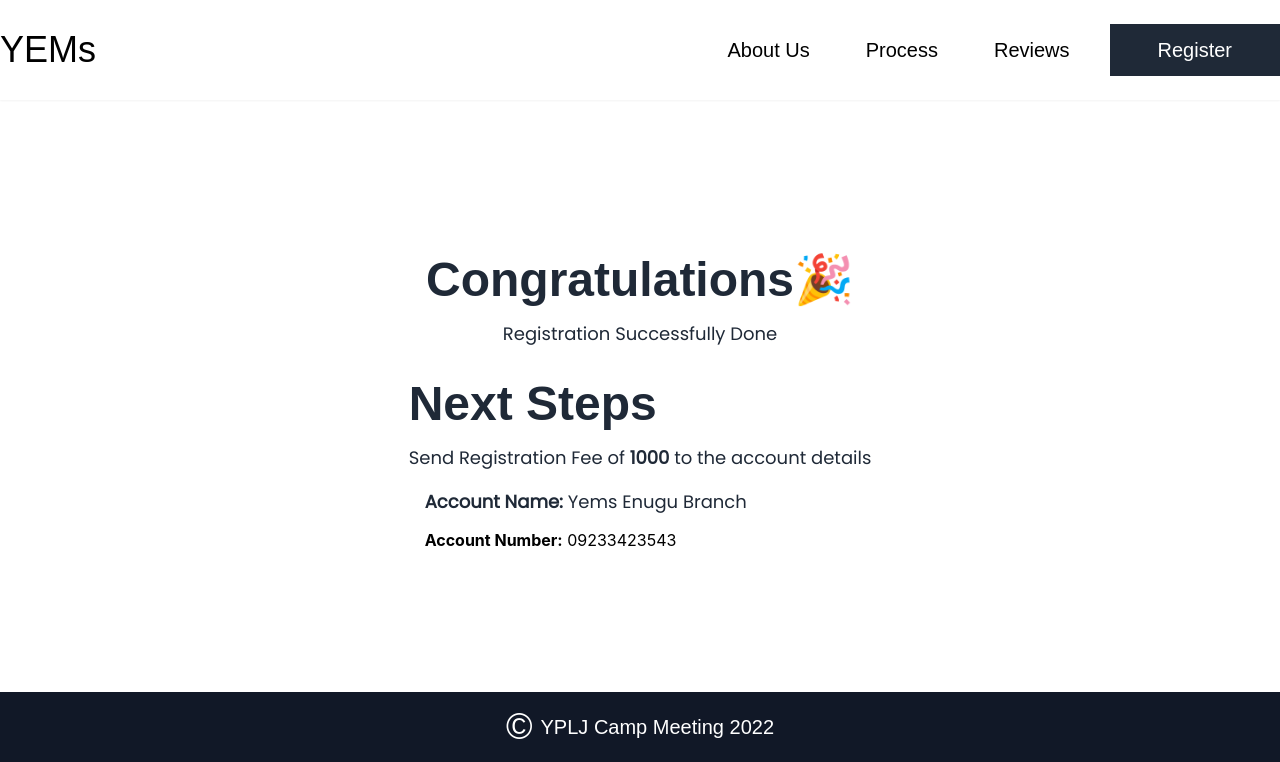
Repository: Ifenna-Pascal/user-camp-onboarding
Page: /dashboard
The author's editor kept a copy of each file at every save. The page is drawn from the files as they stood at one save, then again after the next save.
The browser window is 1280 px wide. The pictures show the whole page.
Some web fonts or font styles are not loaded; a fallback is used. The project was rebuilt for these pictures with package versions that can differ from the ones it lists, and the page was loaded fresh each time. The framework's server and built-in components were replaced by stand-ins that run in the browser. Also part of the build but not shown: next.config.js.

Above is the page before, as saved 2022-11-27 08:16:25.

### pages/_app.js
import Mainlayout from "../components/layout";
import "../styles/globals.css";
import "remixicon/fonts/remixicon.css";

function MyApp({ Component, pageProps }) {
  return (
    <Mainlayout>
      <Component {...pageProps} />
    </Mainlayout>
  );
}

export default MyApp;

### pages/dashboard.jsx
import React from "react";

function Dashboard() {
  return (
    <div className="min-h-[80vh] flex  flex-col items-center justify-center">
      <h1 className="text-gray-800 text-center lg:text-left text-2xl lg:text-5xl font-semibold font-sono block ">
        Congratulations🎉
      </h1>
      <p className="block text-base  lg:text-lg text-center font-poppins text-gray-800 leading-[30px] py-2 lg:py-4">
        Registration Successfully Done
      </p>
      <div>
        <h1 className="text-gray-800 text-center pt-4 lg:text-left text-2xl lg:text-5xl font-semibold font-sono block ">
          Next Steps{" "}
        </h1>
        <p className="block text-base  lg:text-lg text-center font-poppins text-gray-800 leading-[30px] py-2 lg:py-4">
          Send Registration Fee of <strong>1000</strong> to the account details
        </p>
        <div className="px-4">
          <p className="block text-base  lg:text-lg text-left pb-3 font-poppins text-gray-800 leading-[30px]">
            <b>Account Name:</b> Yems Enugu Branch
          </p>
          <p>
            <b>Account Number:</b> 09233423543
          </p>
        </div>
      </div>
    </div>
  );
}

export default Dashboard;

### components/layout/index.jsx
import React from "react";
import Footer from "./Footer";
import Nav from "./Nav";

function Mainlayout({ children }) {
  return (
    <div className="relative">
      <Nav />
      <main>{children}</main>
      <Footer />
    </div>
  );
}

export default Mainlayout;

### styles/globals.css
@import url('https://fonts.googleapis.com/css2?family=Poppins&family=Sono:wght@400;500&display=swap');
@import url('https://fonts.googleapis.com/css2?family=Montserrat&family=Source+Sans+Pro&display=swap');

* {
  padding: 0;
  margin: 0;
  box-sizing: border-box;
  scroll-behavior: smooth;
}

html,
body {
  padding: 0;
  margin: 0;
  font-family: -apple-system, BlinkMacSystemFont, Segoe UI, Roboto, Oxygen,
    Ubuntu, Cantarell, Fira Sans, Droid Sans, Helvetica Neue, sans-serif;
}

a {
  color: inherit;
  text-decoration: none;
}

* {
  box-sizing: border-box;
}

@media (prefers-color-scheme: dark) {
  html {
    color-scheme: dark;
  }
  body {
    color: white;
    background: black;
  }
}

@tailwind base;
@tailwind components;
@tailwind utilities;

### components/layout/Footer.jsx
import React from "react";

function Footer() {
  return (
    <div className="bg-gray-900 w-full h-[70px]  flex items-center justify-center">
      <p className="text-center flex items-center text-white font-sono text-xl">
        {" "}
        <span className="text-4xl mr-2">&copy;</span> YPLJ Camp Meeting 2022{" "}
      </p>
    </div>
  );
}

export default Footer;

### components/layout/Nav.jsx
import Link from "next/link";
import { useRouter } from "next/router";
import React, { useState } from "react";
import Button from "../general/Button";
import NavLink from "../general/NavLink";

function Nav() {
  const [show, setShow] = useState(false);
  const router = useRouter();
  const toggle = () => {
    setShow(!show);
  };
  return (
    <div className="lg:sticky  top-0 w-full shadow-sm mb-4 z-50 px-6 lg:px-0 bg-white">
      <nav className="w-full lg:py-6 py-5 flex items-center  lg:max-w-[1450px] lg:mx-auto justify-between">
        <Link href="/">
          {" "}
          <h1 className="font-sono text-2xl lg:text-4xl ">YEMs</h1>
        </Link>
        <ul className="lg:flex items-center hidden justify-between">
          <NavLink href="/#home" name="About Us" />
          <NavLink href="/#process" name="Process" />
          <NavLink href="/#reviews" name="Reviews" />
          <Link href="/register">
            <Button text="Register" />
          </Link>
        </ul>
        <button
          className='block md:hidden className="w-full px-2 py-1 rounded-lg text-AP-grey-200 hover:text-AP-blue-200 border-AP-grey-200 hover:border-AP-blue-400'
          onClick={toggle}
        >
          <i
            className={`${
              !show ? "ri-menu-3-fill duration-500" : "ri-close-line"
            } text-2xl text-gray-800`}
          />
        </button>
      </nav>
      <div
        className={`flex lg:hidden ${
          show
            ? "flex duration-500  flex-col items-center space-y-8 pt-2 "
            : "hidden"
        }`}
      >
        <NavLink href="/#home" name="About Us" />
        <NavLink href="/#process" name="Process" />
        <NavLink href="/#reviews" name="Reviews" />
        {/* {router.pathname !== "/register" && (
          <Link href="/register">
            <Button text="Register" onClick={() => setShow(false)} />
          </Link>
        )} */}
      </div>
    </div>
  );
}

export default Nav;

### components/general/Button.jsx
import React from "react";

function Button({ text, ...rest }) {
  return (
    <button
      className="bg-gray-800 px-12 py-3 hover:bg-white hover:text-black hover:border hover:border-black duration-500 hover:ease-in-out text-white font-sono text-xl"
      {...rest}
    >
      {text}
    </button>
  );
}

export default Button;

### components/general/NavLink.jsx
import Link from "next/link";
import React from "react";

function NavLink({ href, name }) {
  return (
    <Link href={href}>
      <span className="text-black px-4 text-xl font-sono mr-6 font-500">
        {name}
      </span>
    </Link>
  );
}

export default NavLink;

### tailwind.config.js
/** @type {import('tailwindcss').Config} */
module.exports = {
  content: [
    "./pages/**/*.{js,ts,jsx,tsx}",
    "./components/**/*.{js,ts,jsx,tsx}",
  ],

  theme: {
    extend: {
      fontFamily: {
        sono: ["Sono", "sans-serif"],
        poppins: ["Poppins", "sans-serif"],
        montserat: ["Montserrat", "sans-serif"],
      },
    },
  },
  plugins: [],
};

After the next save:
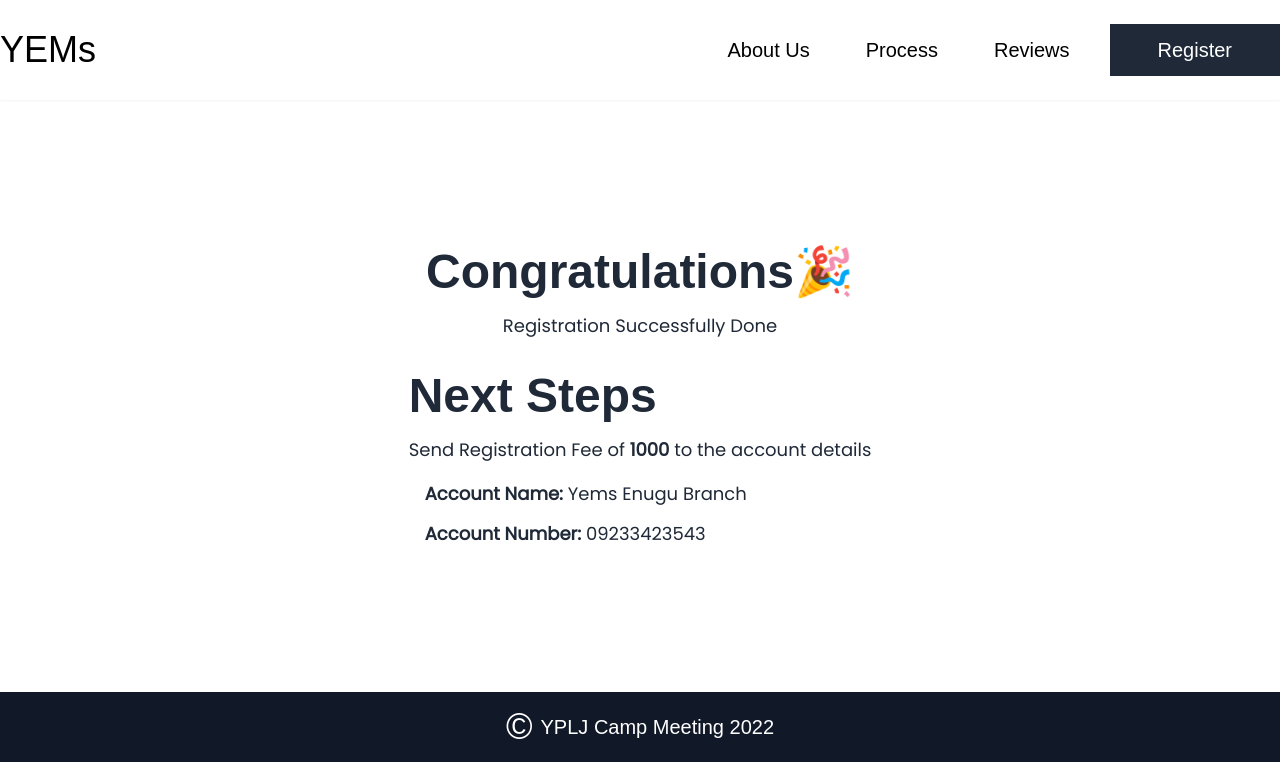
Saved 8 s later.
--- a/pages/dashboard.jsx
+++ b/pages/dashboard.jsx
@@ -20,7 +20,7 @@ function Dashboard() {
           <p className="block text-base  lg:text-lg text-left pb-3 font-poppins text-gray-800 leading-[30px]">
             <b>Account Name:</b> Yems Enugu Branch
           </p>
-          <p>
+          <p className="block text-base  lg:text-lg text-left pb-3 font-poppins text-gray-800 leading-[30px]">
             <b>Account Number:</b> 09233423543
           </p>
         </div>
